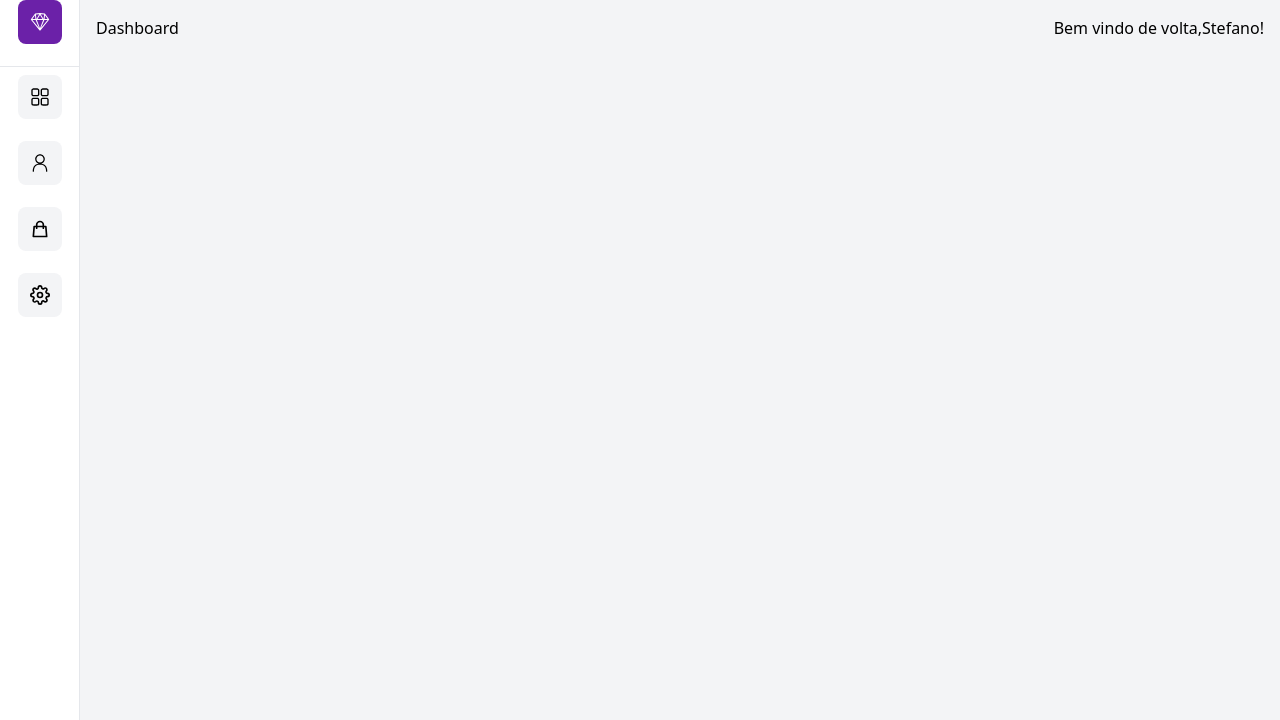
Repository: stefanosousaa/dashboard-next13
Page: /
These files come from the project's save history. The page is drawn as it stood at one moment and after the next save; the edit follows.
The browser window is 1280 px wide. The pictures show the whole page.
The project was rebuilt for these pictures with package versions that can differ from the ones it lists, and the page was loaded fresh each time. The framework's server and built-in components were replaced by stand-ins that run in the browser. Also part of the build but not shown: next.config.js.

Above is the page before, as saved 2023-05-11 23:03:55.

### pages/_app.js
import Sidebar from '@/components/Sidebar'
import '@/styles/globals.css'

export default function App({ Component, pageProps }) {
  return (
    <Sidebar>
        <Component {...pageProps} />
    </Sidebar>

  )
}

### pages/index.js
import Header from '../components/Header';
import Head from 'next/head';
import Image from 'next/image';

export default function Home() {
  return (
    <>
      <Head>
        <title>Create Next App</title>
        <meta name="description" content="Generated by create next app" />
        <meta name="viewport" content="width=device-width, initial-scale=1" />
        <link rel="icon" href="/favicon.ico" />
      </Head>

      <main className='bg-gray-100 min-h-screen'>
        <Header/>
      </main>

    </>
  );
};

### components/Sidebar.jsx
import Link from 'next/link'
import Image from 'next/image'
import React from 'react'
import {RxSketchLogo,RxDashboard, RxPerson} from 'react-icons/rx'
import {FiSettings} from 'react-icons/fi'
import {HiOutlineShoppingBag} from 'react-icons/hi'

const Sidebar = ({children}) => {
  return (
    <div className='flex'>
        <div className='fixed w-20 h-screen bg-white border-r-[1px] flex flex-col justify-between'>
        <div className='flex flex-col items-center'>

          <Link href='/'>
            <div className='bg-purple-800 text-white p-3 rounded-lg inline-block'>
              <RxSketchLogo size={20}/>
            </div>
          </Link>
          <span className='border-b-[1px] border-gray-200 w-full p-2'></span>
          <Link href='/'>
            <div className='bg-gray-100 hover:bg-gray-200 cursor-pointer my-2 p-3 rounded-lg inline-block'>
              <RxDashboard size={20}/>
            </div>
          </Link>
          <Link href='/costumerd'>
            <div className='bg-gray-100 hover:bg-gray-200 cursor-pointer my-2 p-3 rounded-lg inline-block'>
              <RxPerson size={20}/>
            </div>
          </Link>
          <Link href='/orders'>
            <div className='bg-gray-100 hover:bg-gray-200 cursor-pointer my-2 p-3 rounded-lg inline-block'>
              <HiOutlineShoppingBag size={20}/>
            </div>
          </Link>
          <Link href='/'>
            <div className='bg-gray-100 hover:bg-gray-200 cursor-pointer my-2 p-3 rounded-lg inline-block'>
              <FiSettings size={20}/>
            </div>
          </Link>
        </div>
        </div>

        <main className='ml-20 w-full'>{children}</main>
    </div>
  )
}

export default Sidebar

### components/Header.jsx
import React from 'react'

const Header = () => {
  return (
    <div className='flex justify-between px-4 pt-4'>
        <h2>Dashboard</h2>
        <h2>Bem vindo de volta,Stefano!</h2>
    </div>
  )
}

export default Header

Loaded but not shown: pages/_document.js (common file); styles/globals.css (common file); tailwind.config.js (common file)

After the next save:
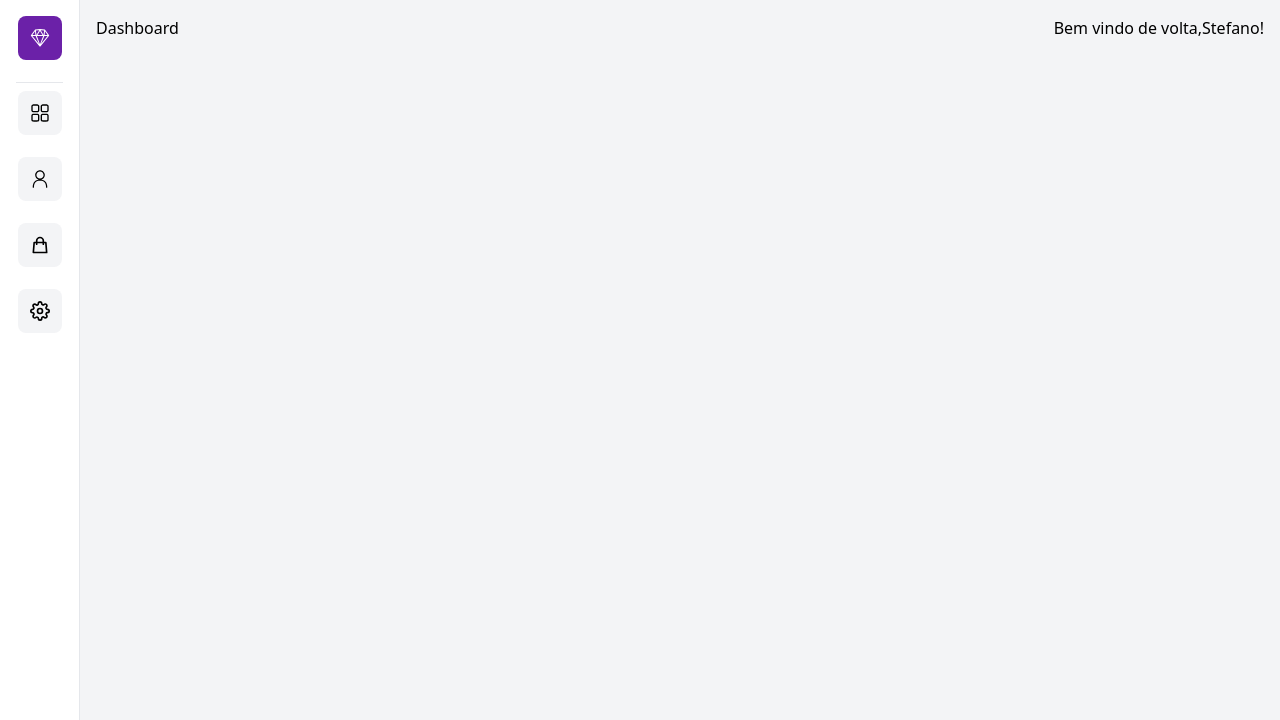
Saved 46 s later.
--- a/components/Sidebar.jsx
+++ b/components/Sidebar.jsx
@@ -8,7 +8,7 @@ import {HiOutlineShoppingBag} from 'react-icons/hi'
 const Sidebar = ({children}) => {
   return (
     <div className='flex'>
-        <div className='fixed w-20 h-screen bg-white border-r-[1px] flex flex-col justify-between'>
+        <div className='fixed w-20 h-screen p-4 bg-white border-r-[1px] flex flex-col justify-between'>
         <div className='flex flex-col items-center'>
 
           <Link href='/'>
